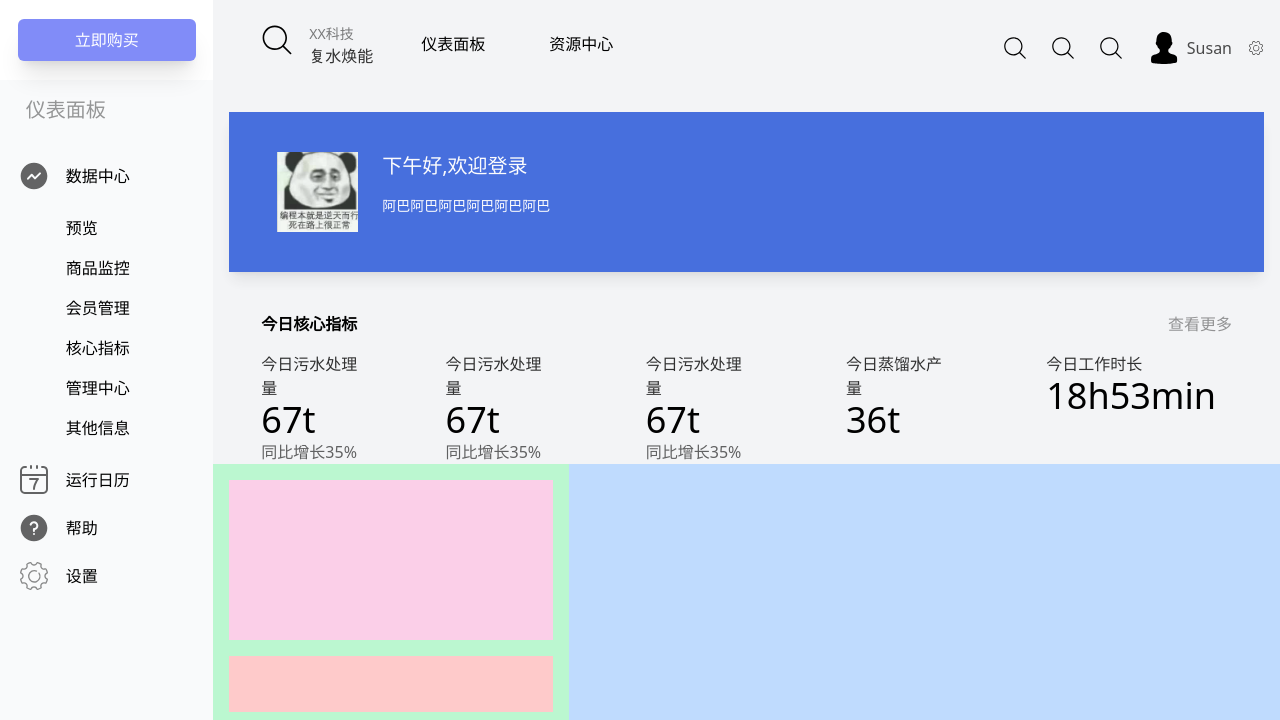
Repository: LiuRuohui/useWater
Page: /
These files come from the project's save history. The page is drawn as it stood at one moment and after the next save; the edit follows.
The browser window is 1280 px wide. The pictures show the whole page.
The project was rebuilt for these pictures with package versions that can differ from the ones it lists, and the page was loaded fresh each time. Also part of the build but not shown: vite.config.js.

Above is the page before, as saved 2022-04-06 23:35:17.

### src/App.vue
<script setup>
import HelloWorld1 from './components/HelloWorld.vue';
</script>

<template>
  <HelloWorld1></HelloWorld1>
</template>

<style>
</style>

### src/index.css
@tailwind base;
@tailwind components;
.inputFrame {
    @apply appearance-none rounded-none relative block w-full px-3 py-2 border border-gray-300 placeholder-gray-500 text-gray-900
}

.inputFrame:focus {
    @apply outline-none border-indigo-500 z-10 inline-block px-5 py-3 rounded-lg shadow-lg
}

.btn {
    @apply relative flex w-full justify-center py-2 border border-transparent font-medium rounded-md text-white bg-indigo-400
}

.btn:hover {
    @apply bg-indigo-500
}

.btn:focus {
    @apply outline-none ring-2 ring-offset-2 ring-indigo-400
}

@tailwind utilities;

### src/components/HelloWorld.vue
<script setup>

</script>

<template>
<div class="w-full h-screen flex flex-row select-none">
  <div class="w-1/5 h-screen justify-center items-center flex flex-col">
    <div class="w-full h-20 justify-center items-center flex">
        <div class="w-5/6">
            <button class="btn text-white justify-center items-center shadow-xl">立即购买</button>
        </div>
    </div>
    <div class="w-full flex flex-grow bg-gray-50 justify-center">
        <div class="w-5/6 pt-4 flex flex-col">
            <div class="h-8 text-xl opacity-40 pl-2">仪表面板</div>
            <div class="mt-4 flex flex-grow flex-col">
                <div class="flex flex-col py-2 hover:cursor-pointer">
                    <div class="flex flex-row py-2 hover:bg-blue-200 hover:cursor-pointer">
                      <img src="../assets/数据.svg" alt="" class="h-8 opacity-60">
                      <div class="pl-4 pt-1">数据中心</div>
                    </div>
                    <div class="mt-2 flex flex-col hover:cursor-pointer">
                        <div class="py-2 pl-12 hover:bg-blue-200">预览</div>
                        <div class="py-2 pl-12 hover:bg-blue-200">商品监控</div>
                        <div class="py-2 pl-12 hover:bg-blue-200">会员管理</div>
                        <div class="py-2 pl-12 hover:bg-blue-200">核心指标</div>
                        <div class="py-2 pl-12 hover:bg-blue-200">管理中心</div>
                        <div class="py-2 pl-12 hover:bg-blue-200">其他信息</div>
                    </div>
                </div>
                <div class="flex flex-row py-2 hover:bg-blue-200 hover:cursor-pointer">
                  <img src="../assets/日历.svg" alt="" class="h-8 opacity-60">
                  <div class="pl-4 pt-1">运行日历</div>
                </div>
                <div class="flex flex-row py-2 hover:bg-blue-200 hover:cursor-pointer">
                  <img src="../assets/帮助.svg" alt="" class="h-8 opacity-60">
                  <div class="pl-4 pt-1">帮助</div>
                </div>
                <div class="flex flex-row py-2 hover:bg-blue-200 hover:cursor-pointer">
                  <img src="../assets/设置.svg" alt="" class="h-8 opacity-60">
                  <div class="pl-4 pt-1">设置</div>
                </div>
            </div>
        </div>
    </div>
  </div>
  <div class="w-full flex flex-grow flex-col bg-gray-100">
      <div class="flex flex-row h-24">
          <img src="../assets/搜索.svg" alt="" class="h-8 mt-6 pl-12 hover:cursor-pointer">
          <div class="flex flex-col pt-6 px-4 hover:cursor-pointer">
              <div class="text-sm opacity-50">XX科技</div>
              <div class="text-md opacity-80">复水焕能</div>
          </div>
          <div class="text-base px-8 pt-8 hover:cursor-pointer">仪表面板</div>
          <div class="text-base px-8 pt-8 hover:cursor-pointer">资源中心</div>
          <div class="flex flex-grow flex-row-reverse">
              <img src="../assets/设置.svg" alt="" class="h-4 mt-10 mr-4 hover:cursor-pointer hover:bg-blue-100">
              <span class="my-9 mr-4 text-black text-base opacity-70 hover:cursor-pointer hover:bg-blue-100">Susan</span>
              <img src="../assets/用户.svg" alt="" class="h-8 mt-8 mr-2 hover:cursor-pointer hover:bg-blue-100">
              <img src="../assets/搜索.svg" alt="" class="h-6 mt-9 mr-6 hover:cursor-pointer hover:bg-blue-100">
              <img src="../assets/搜索.svg" alt="" class="h-6 mt-9 mr-6 hover:cursor-pointer hover:bg-blue-100">
              <img src="../assets/搜索.svg" alt="" class="h-6 mt-9 mr-6 hover:cursor-pointer hover:bg-blue-100">
          </div>
      </div>
      <div class="m-4 bg-blue-700 h-40 opacity-80 shadow-lg">
          <div class="flex flex-row h-24 my-8">
              <img src="../assets/测试图片.jpg" alt="" class="h-20 my-auto pl-12">
              <div class="flex flex-col pl-6 pt-2">
                  <div class="text-xl text-white">下午好,欢迎登录</div>
                  <div class="text-sm text-white pt-4">阿巴阿巴阿巴阿巴阿巴阿巴</div>
              </div>
          </div>
      </div>
      <div class="h-40 my-2 mx-4">
          <div class="flex flex-col pt-4 pl-8">
              <div class="flex flex-row">
                  <div class="font-black text-black">今日核心指标</div>
                  <div class="flex flex-grow flex-row-reverse opacity-40 pr-8">查看更多</div>
              </div>
              <div class="flex flex-grow flex-row mt-4">
                  <div class="flex flex-col pr-8">
                      <div class="opacity-80">今日污水处理量</div>
                      <div class="text-4xl">67t</div>
                      <div class="opacity-60">同比增长35%</div>
                  </div>
                  <div class="flex flex-col px-12">
                      <div class="opacity-80">今日污水处理量</div>
                      <div class="text-4xl">67t</div>
                      <div class="opacity-60">同比增长35%</div>
                  </div>
                  <div class="flex flex-col px-12">
                      <div class="opacity-80">今日污水处理量</div>
                      <div class="text-4xl">67t</div>
                      <div class="opacity-60">同比增长35%</div>
                  </div>
                  <div class="flex flex-col px-12">
                      <div class="opacity-80">今日蒸馏水产量</div>
                      <div class="text-4xl">36t</div>
                  </div>
                  <div class="flex flex-col px-12">
                      <div class="opacity-80">今日工作时长</div>
                      <div class="text-4xl">18h53min</div>
                  </div>
              </div>
          </div>
      </div>
      <div class="flex flex-grow flex-row bg-blue-200">
          <div class="w-1/3 bg-green-200 flex flex-col">
              <div class="flex h-40 m-4 bg-pink-200">

              </div>
              <div class="flex flex-grow bg-red-200 mx-4 mb-2">

              </div>
          </div>
      </div>
  </div>
</div>
</template>

<style scoped>

</style>

### tailwind.config.js
module.exports = {
    content: [
        "./index.html",
        "./src/**/*.{vue,js,ts,jsx,tsx}",
    ],
    theme: {
        extend: {},
    },
    variants: {
        backgroundColor: ['responsive', 'hover', 'focus', 'active']
    },
    plugins: [],
}

Loaded but not shown: index.html (common file); src/main.js (common file)

After the next save:
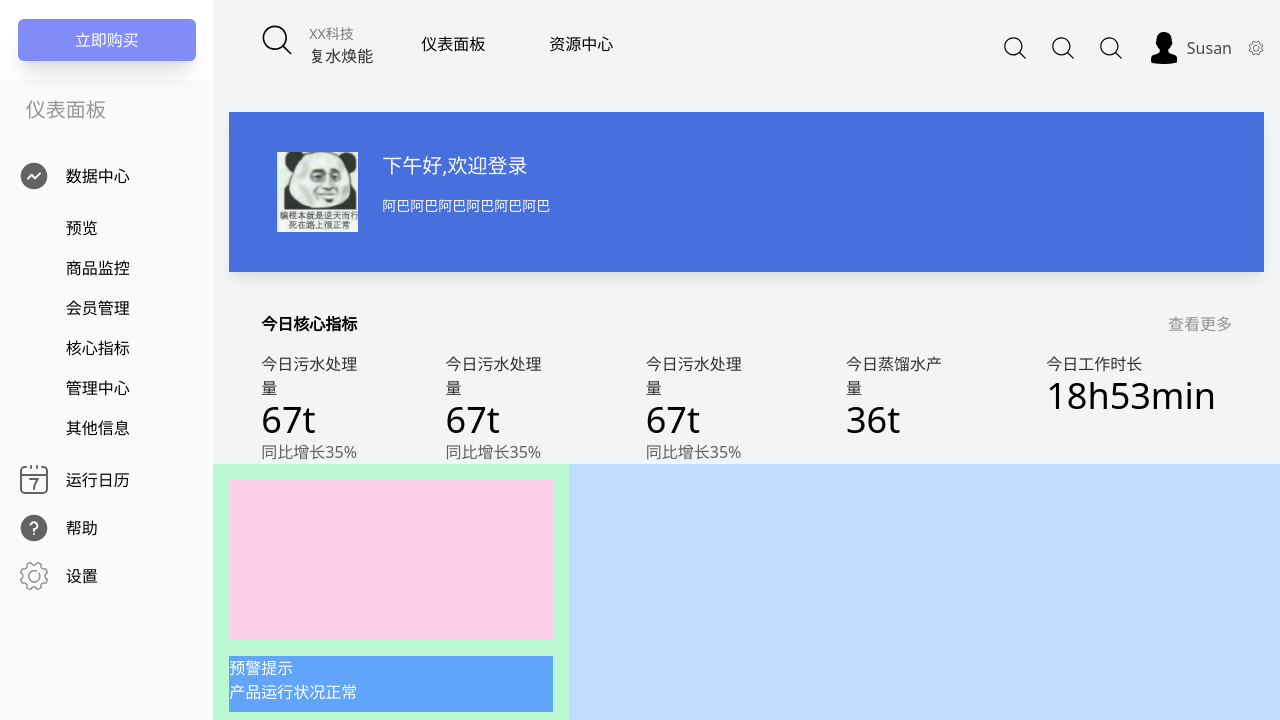
Saved 104 s later.
--- a/src/components/HelloWorld.vue
+++ b/src/components/HelloWorld.vue
@@ -109,8 +109,14 @@
               <div class="flex h-40 m-4 bg-pink-200">
 
               </div>
-              <div class="flex flex-grow bg-red-200 mx-4 mb-2">
-
+              <div class="flex flex-grow bg-blue-400 mx-4 mb-2">
+                  <div class="flex flex-col">
+                      <div class="flex flex-row">
+                          <div class="text-white">预警提示</div>
+                          <img src="" alt="">
+                      </div>
+                      <div class="flex flex-grow text-white">产品运行状况正常</div>
+                  </div>
               </div>
           </div>
       </div>
